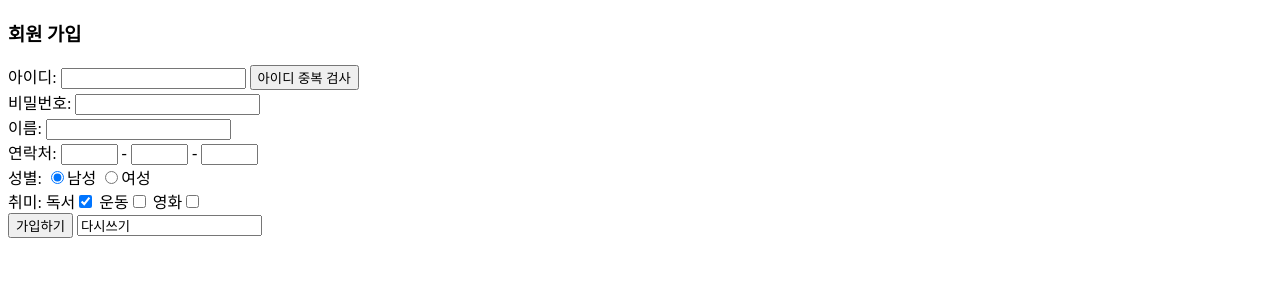
Repository: SJM7301/KH-JSP
Page: http://localhost/JSPBook/ch06/form01.jsp
An editor plug-in stored every save of this project. The page is shown before and after the next save, followed by the edit.
The browser window is 1280 px wide. The pictures show the whole page.
The page is served by Tomcat 10. Other server files are loaded and not shown.

Above is the page before, as saved 2025-02-05 00:48:09.

### JSPBook/src/main/webapp/ch06/form01.jsp
<%@ page language="java" contentType="text/html; charset=UTF-8"
    pageEncoding="UTF-8"%>
<!DOCTYPE html>
<html>
<head>
<meta charset="UTF-8">
<title>Insert title here</title>
</head>
<body>
	<h3>회원 가입</h3>
	<form action="#" name="member" method="post">
		<p>
			아이디: <input type="text" name="id"> <input type="button" value="아이디 중복 검사"> <br>
			비밀번호: <input type="password" name="passwd"> <br>
			이름: <input type="text" name="name"> <br>
			연락처: <input type="text" maxlength="4" size="4" name="phone1">
				- <input type="text" maxlength="4" size="4" name="phone2">
				- <input type="text" maxlength="4" size="4" name="phone3"> <br>
			성별: <input type="radio" name="sex" value="남성" checked>남성
				<input type="radio" name="sex" value="여성">여성<br>
			취미: 독서<input type="checkbox" name="hobby1" checked>
				운동<input type="checkbox" name="hobby2">
				영화<input type="checkbox" name="hobby3"><br>
			<input type="submit" value="가입하기">
			<input type="text" value="다시쓰기">
		</p>
	</form>
</body>
</html>

After the next save:
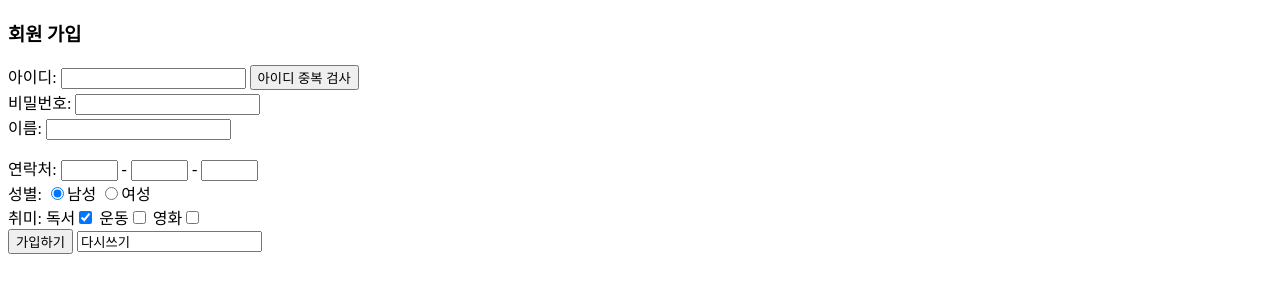
Saved 9 s later.
--- a/JSPBook/src/main/webapp/ch06/form01.jsp
+++ b/JSPBook/src/main/webapp/ch06/form01.jsp
@@ -13,7 +13,7 @@
 			아이디: <input type="text" name="id"> <input type="button" value="아이디 중복 검사"> <br>
 			비밀번호: <input type="password" name="passwd"> <br>
 			이름: <input type="text" name="name"> <br>
-			연락처: <input type="text" maxlength="4" size="4" name="phone1">
+			<p>연락처: <input type="text" maxlength="4" size="4" name="phone1">
 				- <input type="text" maxlength="4" size="4" name="phone2">
 				- <input type="text" maxlength="4" size="4" name="phone3"> <br>
 			성별: <input type="radio" name="sex" value="남성" checked>남성
